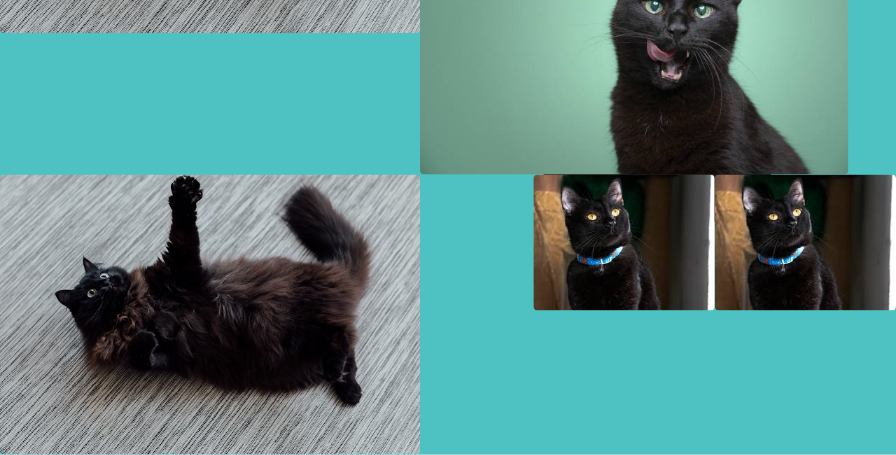
Repository: SktYzu/gatitu
Page: index.html
These files come from the project's save history. The page is drawn as it stood at one moment and after the next save; the edit follows.
The browser window is 1280 px wide. The pictures show the part of the page from y = 408 to 2328 px (the page is 1058 px tall before and 4189 px after), at 70% of full size.

Above is the page before, as saved 2023-11-27 15:25:04.

After the next save:
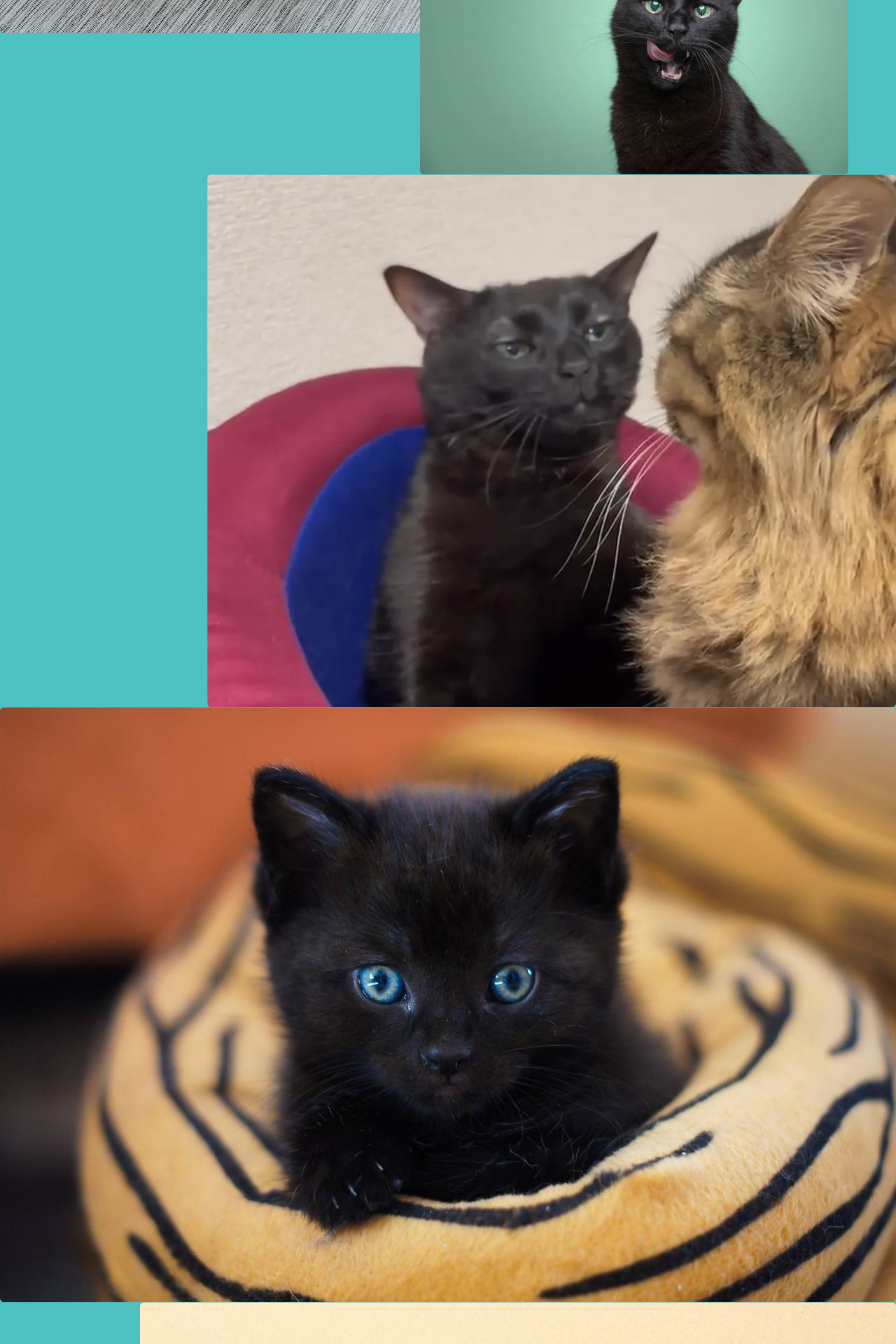
Saved 4 s later.
--- a/index.html
+++ b/index.html
@@ -23,9 +23,9 @@
     <img src="1.jpg" class="rounded float-start" alt="...">
     <img src="2.jpg" class="rounded float-end" alt="...">
     <img src="3.jpg" class="rounded float-start" alt="...">
-    <img src="2.jpg" class="rounded float-end" alt="...">
-    <img src="1.jpg" class="rounded float-start" alt="...">
-    <img src="2.jpg" class="rounded float-end" alt="...">
+    <img src="4.jpg" class="rounded float-end" alt="...">
+    <img src="5.jpg" class="rounded float-start" alt="...">
+    <img src="6.jpg" class="rounded float-end" alt="...">
 
 </body>
 
